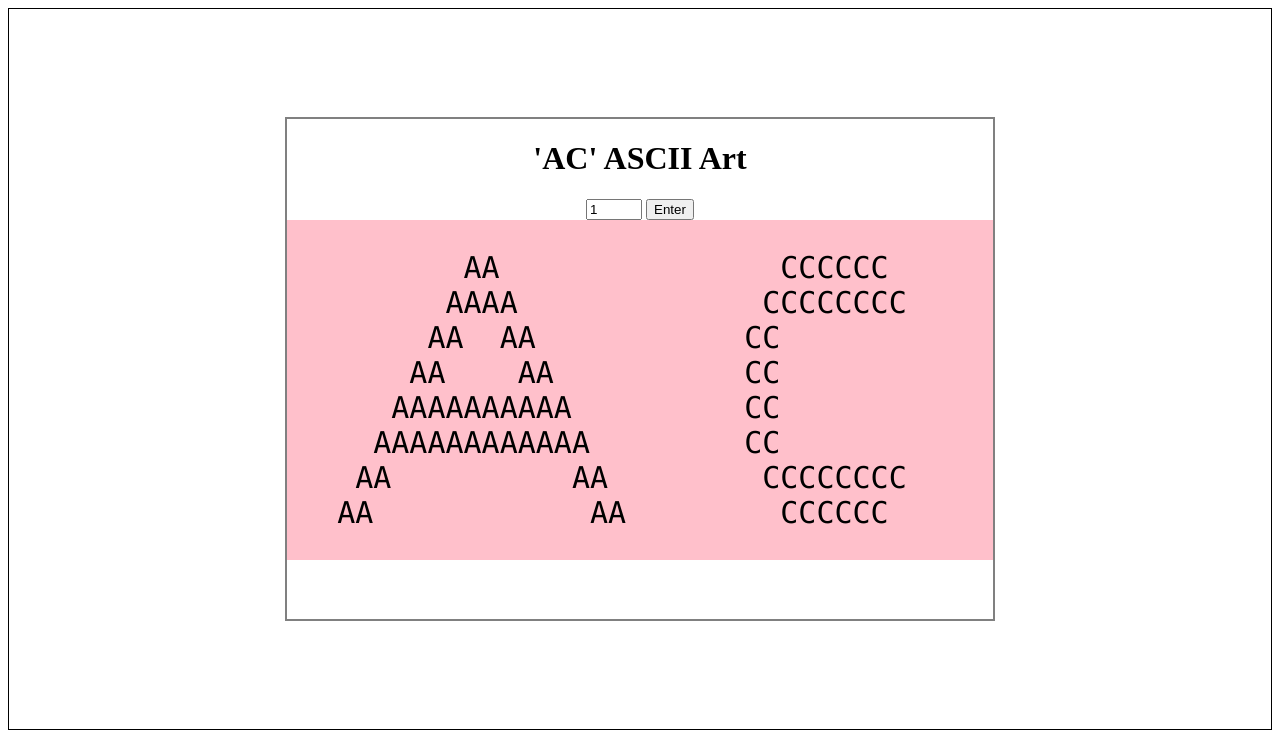
Repository: Achorn/ascii-art
Page: index.html
These files come from the project's save history. The page is drawn as it stood at one moment and after the next save; the edit follows.
The browser window is 1280 px wide. The pictures show the whole page.

Above is the page before, as saved 2021-08-09 20:43:13.

After the next save:
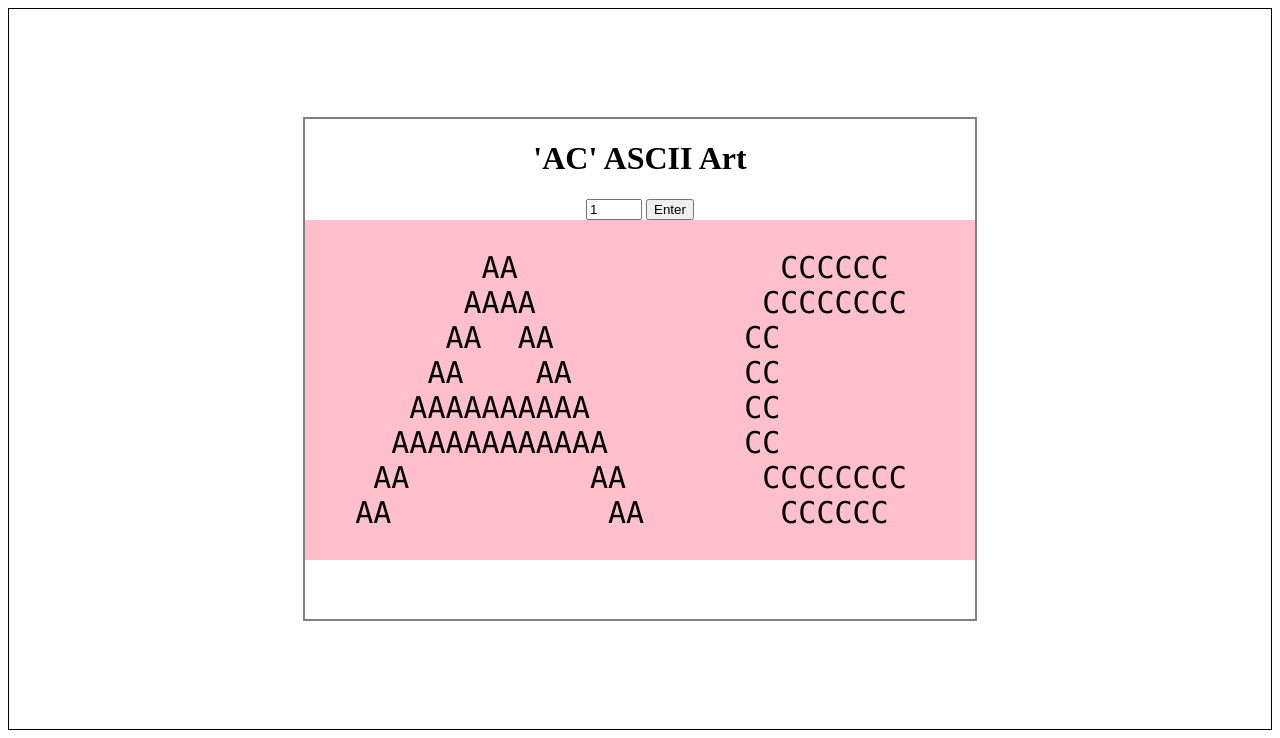
Saved 79 s later.
--- a/myscripts.js
+++ b/myscripts.js
@@ -105,9 +105,13 @@ function trimC(arr, lWidth) {
     for (let j = 0; j < i * 2; j++) {
       newArr.splice(newArr.length / 2, 0, "C");
     }
-    arr[i] = newArr;
 
     //remove i from sides
+    for (let j = 0; j < i; j++) {
+      newArr.pop();
+      newArr.shift();
+    }
+    arr[i] = newArr;
   }
 }
 //GET ELEMENTS
